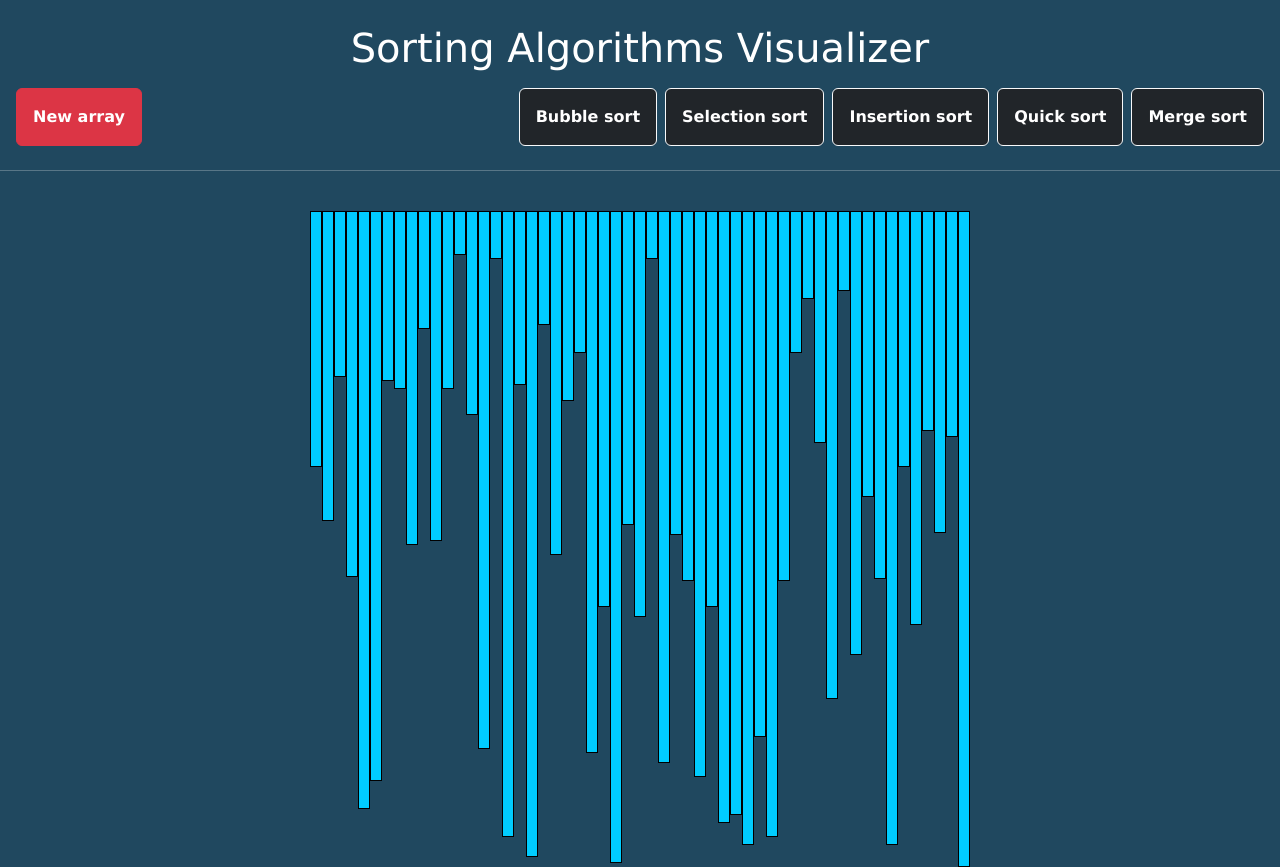
Repository: Vasil1001/Sorting-Algorithms-Visualizer-js
Page: views/index.html
The author's editor kept a copy of each file at every save. The page is drawn from the files as they stood at one save, then again after the next save.
The browser window is 1280 px wide. The pictures show the whole page.

Above is the page before, as saved 2022-11-03 18:18:05.

### views/index.html
<!doctype html>
<html lang="en">

<head>
  <meta charset="utf-8">
  <meta name="viewport" content="width=device-width, initial-scale=1">

  <title>Sorting Algorithms Visualizer</title>

  <!-- Import css & bootstrap-->
  <link href="https://cdn.jsdelivr.net/npm/bootstrap@5.2.2/dist/css/bootstrap.min.css" rel="stylesheet"
    integrity="sha384-Zenh87qX5JnK2Jl0vWa8Ck2rdkQ2Bzep5IDxbcnCeuOxjzrPF/et3URy9Bv1WTRi" crossorigin="anonymous">
  <link rel="stylesheet" href="/css/base.css">

</head>

<header>
  <h1 align="center" class="mt-4">Sorting Algorithms Visualizer</h1>


  <nav class="navbar navbar-expand-lg">

    <div class="container-fluid">
      <button type="button" class="btn btn-danger mx-1 p-3 " id="new_array" style="color: white;"><b>New
          array </b>
      </button>
      <ul class="navbar-nav">
        <li class="nav-item">
          <button type="button" class="btn btn-dark border-light mx-1 p-3 " id="bubble_sort"
            style="color: white;"><b>Bubble sort</b> </button>
        </li>
        <li class="nav-item">
          <button type="button" class="btn btn-dark border-light mx-1 p-3 " id="selection_sort"
            style="color: rgb(255, 255, 255);">
            <b>Selection sort</b></button>
        </li>
        <li class="nav-item">
          <button type="button" class="btn btn-dark border-light mx-1 p-3 " id="insertion_sort" style="color: white;">
            <b>Insertion sort</b></button>
        </li>
        <li class="nav-item">
          <button type="button" class="btn btn-dark border-light mx-1 p-3 " id="quick_sort" style="color: white;">
            <b>Quick sort</b></button>
        </li>
        <li class="nav-item">
          <button type="button" class="btn btn-dark border-light mx-1 p-3 " id="merge_sort"> <b>Merge sort</b></button>
        </li>

      </ul>
    </div>
  </nav>


</header>

<body>

  <hr style="color: white;">

  <div id="bars" class="bars flex-container p-4"></div>

  <!-- Import css & bootstrap-->
  <script src="https://cdn.jsdelivr.net/npm/bootstrap@5.2.2/dist/js/bootstrap.bundle.min.js"
    integrity="sha384-OERcA2EqjJCMA+/3y+gxIOqMEjwtxJY7qPCqsdltbNJuaOe923+mo//f6V8Qbsw3"
    crossorigin="anonymous"></script>
  <script defer src="/sort_algos_js_files/index.js"></script>

</body>

</html>

### css/base.css
body {
    background-color: rgb(32, 72, 95);
    color:white;
    font-size: 18px;
    font-family: 'Lucida Sans', 'Lucida Sans Regular', 'Lucida Grande', 'Lucida Sans Unicode', Geneva, Verdana, sans-serif;
}

.flex-container{
    margin-top: 1px;
    display: flex;
    flex-wrap: nowrap;
    justify-content: center;
    transition: 1.5s all ease;
    width: 100%;
    height: 500px;

}

/* STYLING FOR THE BARS */
.flex-item{
    background: rgb(0, 204, 255);
    border: 1pt solid black;
    width: 12px;
    transition: 0.1s all ease;
}

### sort_algos_js_files/index.js
let random_array_100 = [];
createBarArray();


function createBarArray() {

    // replace array
    deletePreviousArray()

    // Array to store randomly generated numbers
    random_array_100 = [];
    var numberOfBars = 0;
    let l = 55;

    // get a random number and add it to the array until there are 100 in array
    for (numberOfBars = 0; numberOfBars < l; numberOfBars++) {
        random_array_100.push(Math.round(Math.random() * l * 6));
    }
    // print 100 random numbers of the array
    console.log(random_array_100);


     // select the div #bars element
     const bars = document.querySelector("#bars");
    // make bars with height from random array numbers
    for (let i = 0; i < random_array_100.length; i++) {
        // const para = document.createElement("div");
        // para.innerText = random_array_100[i];
        // document.body.appendChild(para);

        // create div bar for each number in the array
        const bar = document.createElement("div");
        bar.style.height = `${random_array_100[i]*2}px`;
        bar.classList.add('bar');
        bar.classList.add('flex-item');
        bar.classList.add(`barNo${i}`);
        bars.appendChild(bar);
    }
}

function deletePreviousArray() {
    const bar = document.querySelector("#bars");
    bar.innerHTML = '';
}

document.getElementById("new_array").addEventListener("click", function(){
    createBarArray();
});

After the next save:
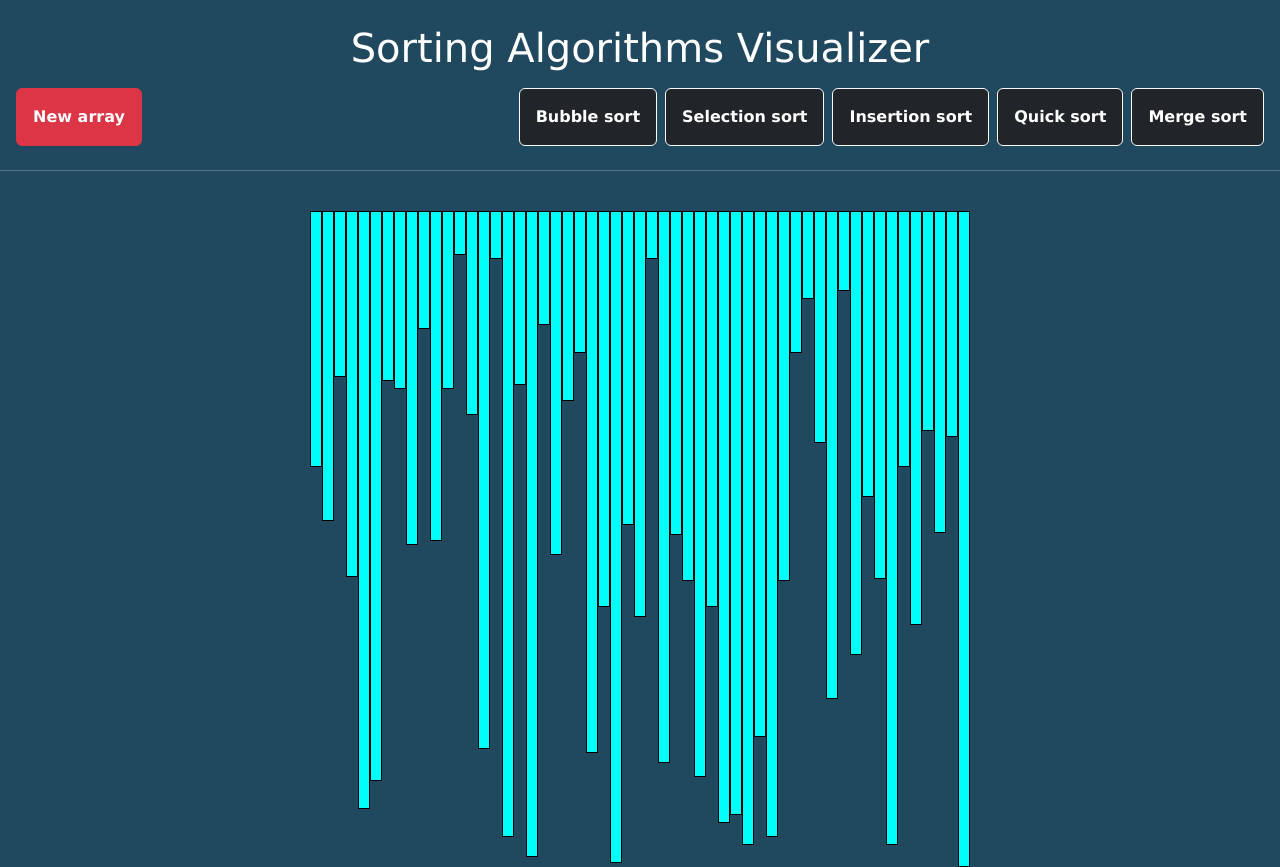
Saved 9 s later.
--- a/css/base.css
+++ b/css/base.css
@@ -18,7 +18,7 @@ body {
 
 /* STYLING FOR THE BARS */
 .flex-item{
-    background: rgb(0, 204, 255);
+    background: rgb(0, 255, 251);
     border: 1pt solid black;
     width: 12px;
     transition: 0.1s all ease;
